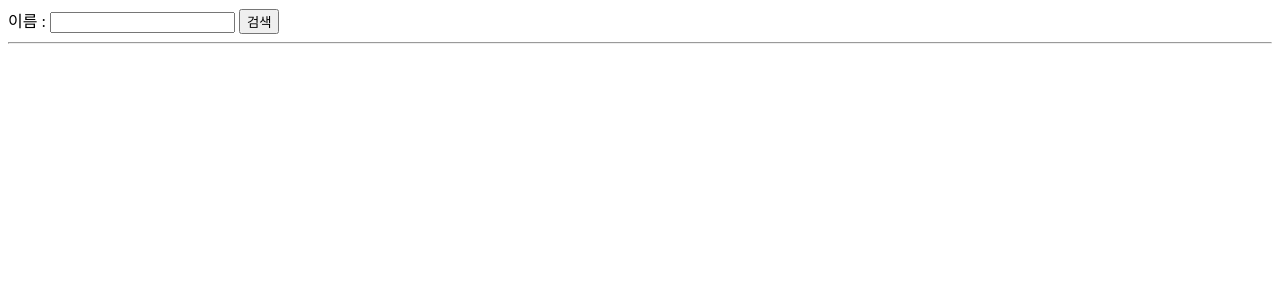
Repository: KangJinSol/jsp
Page: http://localhost/DIWebProject/main.jsp
The author's editor kept a copy of each file at every save. The page is drawn from the files as they stood at one save, then again after the next save.
The browser window is 1280 px wide. The pictures show the whole page.
The page is served by Tomcat 9.

Above is the page before, as saved 2021-01-26 08:04:31.

After the next save:
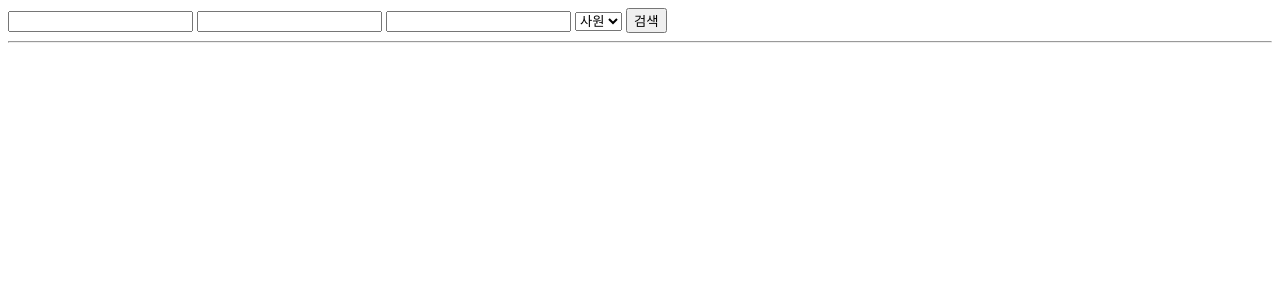
Saved 16 s later.
--- a/spring/DIWebProject/WebContent/main.jsp
+++ b/spring/DIWebProject/WebContent/main.jsp
@@ -11,18 +11,30 @@
 		$("button").click(function() {
 			var param = $("#frm").serialize();
 			$.ajax({
-				url : "search.do",
+				url : "register.do",
 				data : param,
 				method : "get",
 				dataType:"json",
 				//정상처리부분
 				success:function(result){
-					$("div").html(result);
+					console.log(result);
+					var arr = JSON.parse(result);
+					var text = "";
+					for(i=0;i<arr.length;i++){
+						text += arr[i].eno + " " + arr[i].name + " " + arr[i].department + " " + arr[i].position + "<br>";
+					}
+					$("div").html(text)
 				},
 				//exception 처리
 				error:function(xhr,text,error){
-					//            error_code         내용
-					$("div").html(xhr.status + " " + xhr.responseText + " " + text);
+					switch(xhr.status){
+					case 100:
+						alert("SQL문 에러");
+						break;
+					case 101:
+						alert("보낸 데이터가 잘못되었습니다.");
+						break;
+					}
 				}
 
 			});
@@ -33,7 +45,17 @@
 </head>
 <body>
 <form id="frm">
-	이름 : <input type="text" name="name"> <button type="button">검색</button>
+	<input type="text" name="eno">
+	<input type="text" name="name">
+	<input type="text" name="department">
+	<select name="position">
+		<option value="1">사원</option>
+		<option value="2">주임</option>
+		<option value="3">대리</option>
+		<option value="4">과장</option>
+		<option value="5">차장</option>
+	</select>
+	<button type="button">검색</button>
 </form>
 <hr>
 <div>
